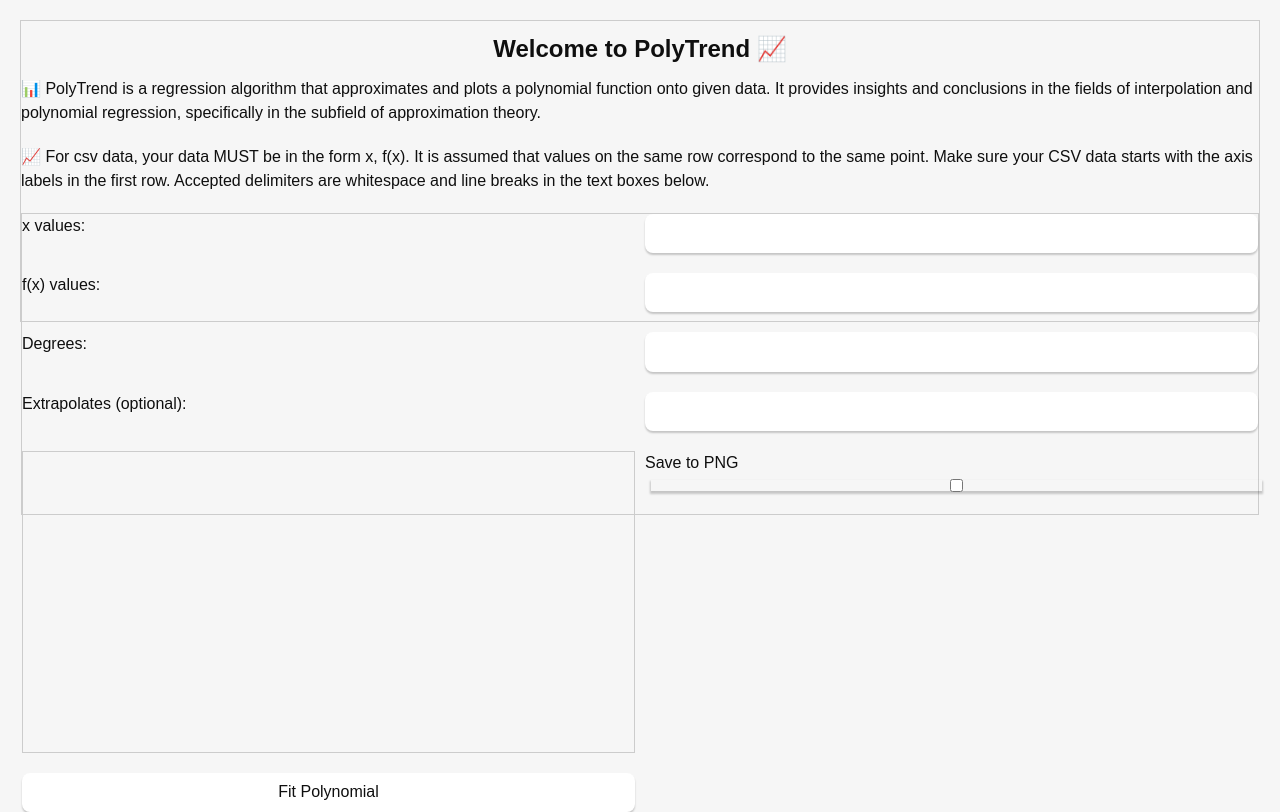
Repository: asiimwemmanuel/polytrend
Page: / (app in polytrend-desktop-app/)
An editor plug-in stored every save of this project. The page is shown before and after the next save, followed by the edit.
The browser window is 1280 px wide. The pictures show the whole page.
The project was rebuilt for these pictures with package versions that can differ from the ones it lists, and the page was loaded fresh each time. Also part of the build but not shown: polytrend-desktop-app/vite.config.js.

Above is the page before, as saved 2023-11-14 12:01:34.

After the next save:
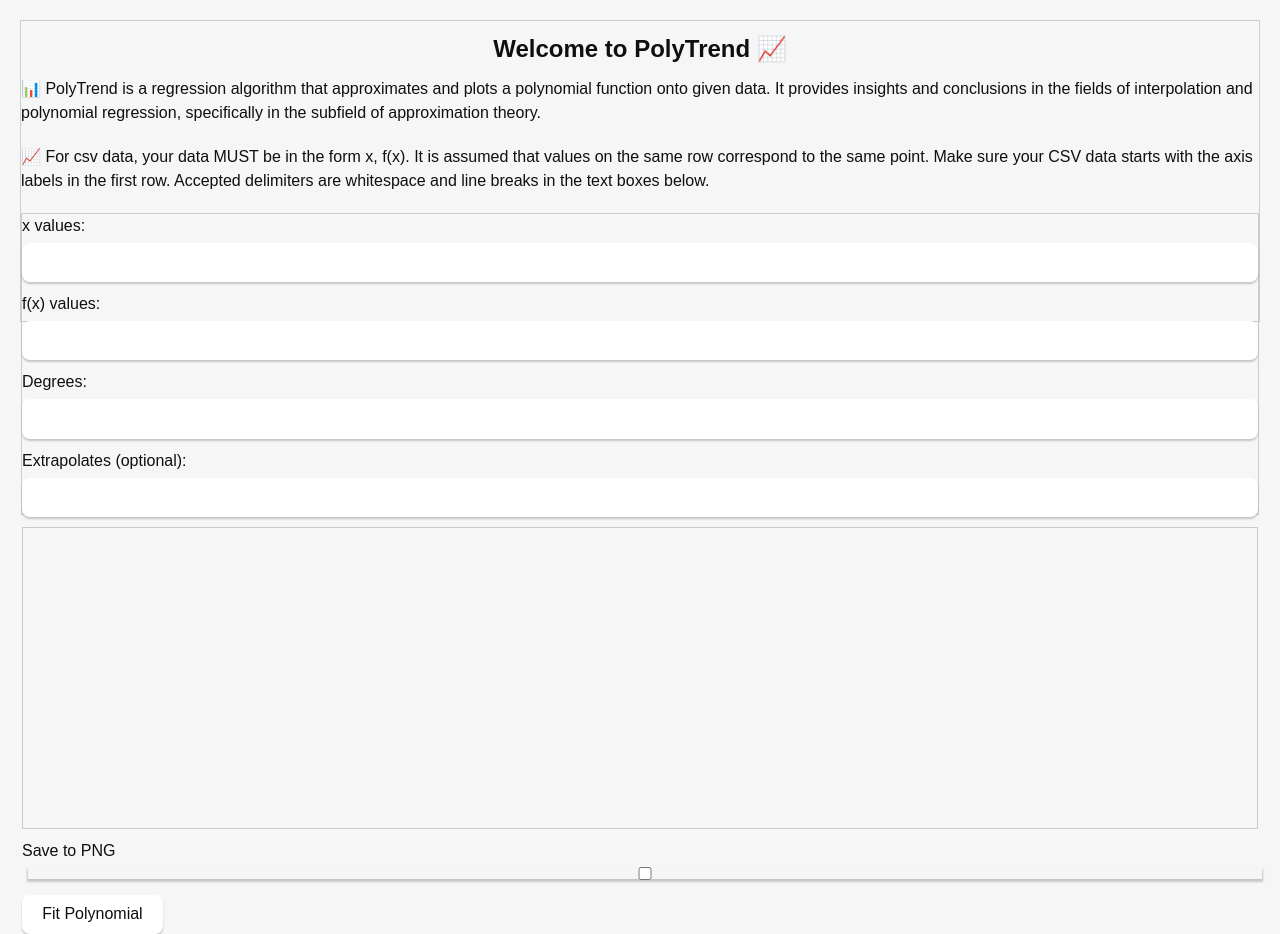
Saved 26 s later.
--- a/polytrend-desktop-app/src/App.css
+++ b/polytrend-desktop-app/src/App.css
@@ -54,7 +54,7 @@
 }
 
 .input-container {
-display: grid;
+/* display: grid; */
 grid-template-columns: 1fr 1fr; /* Adjust column widths as needed */
 gap: 10px;
 }

After the save that followed:
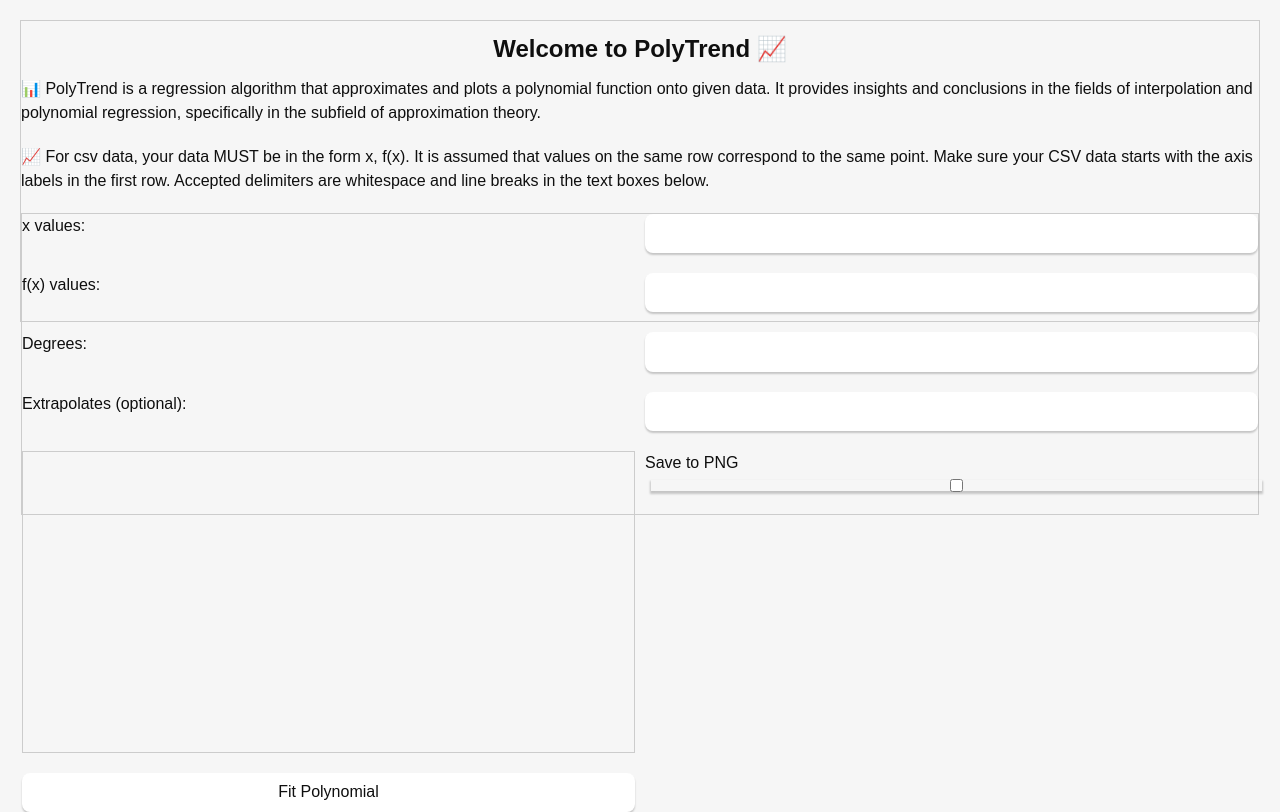
Saved 5 s later.
--- a/polytrend-desktop-app/src/App.css
+++ b/polytrend-desktop-app/src/App.css
@@ -54,7 +54,7 @@
 }
 
 .input-container {
-/* display: grid; */
+display: grid;
 grid-template-columns: 1fr 1fr; /* Adjust column widths as needed */
 gap: 10px;
 }
